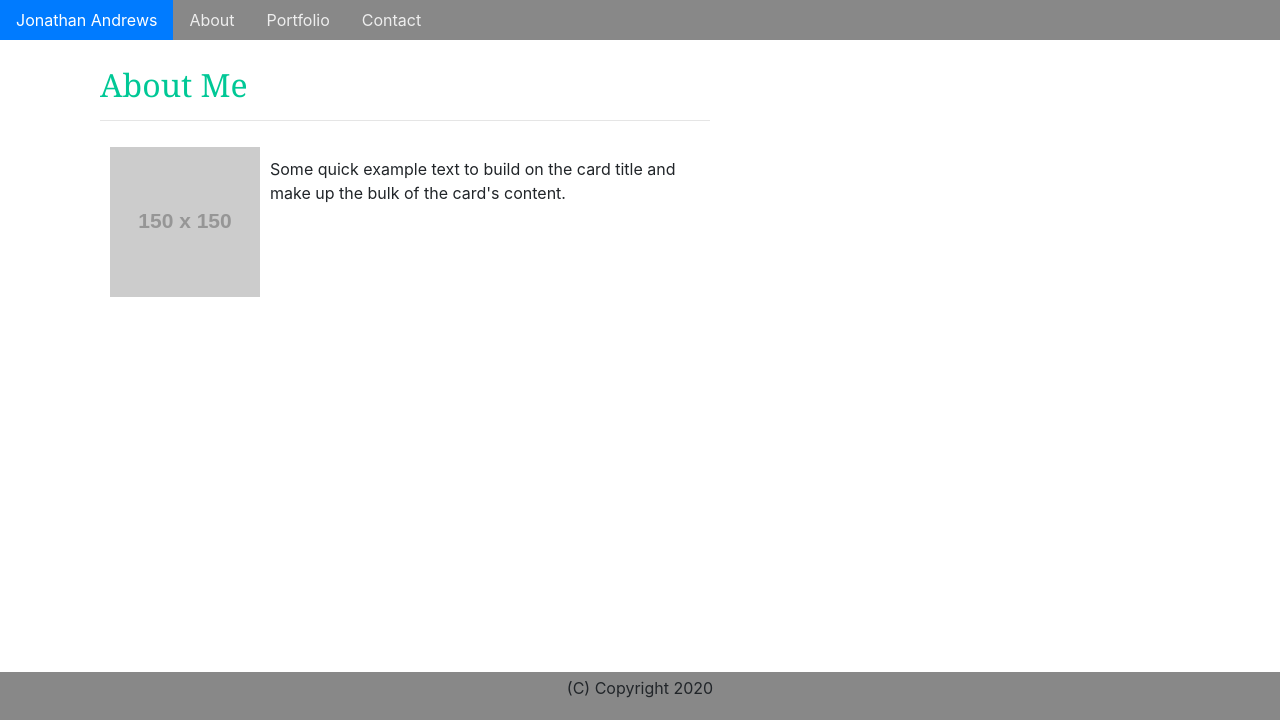
Repository: ionathas78/ionathas78.github.io
Page: index.html
The author's editor kept a copy of each file at every save. The page is drawn from the files as they stood at one save, then again after the next save.
The browser window is 1280 px wide. The pictures show the whole page.

Above is the page before, as saved 2020-03-14 21:42:52.

### index.html
<!DOCTYPE html>
<html lang="en">
<head>
    <meta charset="UTF-8">
    <meta name="viewport" content="width=device-width, initial-scale=1.0">
    <title>Jonathan Andrews</title>

    <link rel="stylesheet" href="https://stackpath.bootstrapcdn.com/bootstrap/4.4.1/css/bootstrap.min.css" integrity="sha384-Vkoo8x4CGsO3+Hhxv8T/Q5PaXtkKtu6ug5TOeNV6gBiFeWPGFN9MuhOf23Q9Ifjh" crossorigin="anonymous">
</head>
<body style="background-color◊: #ccc">
    <header>
        <ul class="nav" style="background-color: #888">
            <li class="nav-item bg-primary">
              <a class="nav-link active" href="#" style="color: white;">Jonathan Andrews</a>
            </li>
            <li class="nav-item">
              <a class="nav-link active" href="index.html" style="color: #eee;">About</a>
            </li>
            <li class="nav-item">
              <a class="nav-link" href="portfolio.html" style="color: #eee;">Portfolio</a>
            </li>
            <li class="nav-item">
                <a class="nav-link" href="contact.html" style="color: #eee;">Contact</a>
            </li>
        </ul>
    </header>

    <div class="container">
        <div class="row">
            <div class="col-lg-4">
                <div class="container clearfix" style="width: 50vw; max width: 900px; background-color: white; margin-top: 2vw;">
                    <h2 style="color: rgb(0, 200, 150); font-family: Georgia, 'Times New Roman', Times, serif; font-weight: 300%;">About Me</h2>
                    <hr>
                    <img src="https://via.placeholder.com/150" class="float-left" alt="My Index Pic" style="margin: 10px 10px;">
                        <div class="card-body">
                      <p>Some quick example text to build on the card title and make up the bulk of the card's content.</p>
                    </div>
                  </div>
            </div>
        </div>
    </div>

    <footer style="position: fixed; bottom: 0; background-color: #888; width: 100%;">
        <p style="line-height: 200%; text-align: center;">
            (C) Copyright 2020
        </p>
    </footer>
    <!-- JS Scripts -->

    <script src="https://code.jquery.com/jquery-3.4.1.slim.min.js" integrity="sha384-J6qa4849blE2+poT4WnyKhv5vZF5SrPo0iEjwBvKU7imGFAV0wwj1yYfoRSJoZ+n" crossorigin="anonymous"></script>
    <script src="https://cdn.jsdelivr.net/npm/popper.js@1.16.0/dist/umd/popper.min.js" integrity="sha384-Q6E9RHvbIyZFJoft+2mJbHaEWldlvI9IOYy5n3zV9zzTtmI3UksdQRVvoxMfooAo" crossorigin="anonymous"></script>
    <script src="https://stackpath.bootstrapcdn.com/bootstrap/4.4.1/js/bootstrap.min.js" integrity="sha384-wfSDF2E50Y2D1uUdj0O3uMBJnjuUD4Ih7YwaYd1iqfktj0Uod8GCExl3Og8ifwB6" crossorigin="anonymous"></script>
</body>
</html>

After the next save:
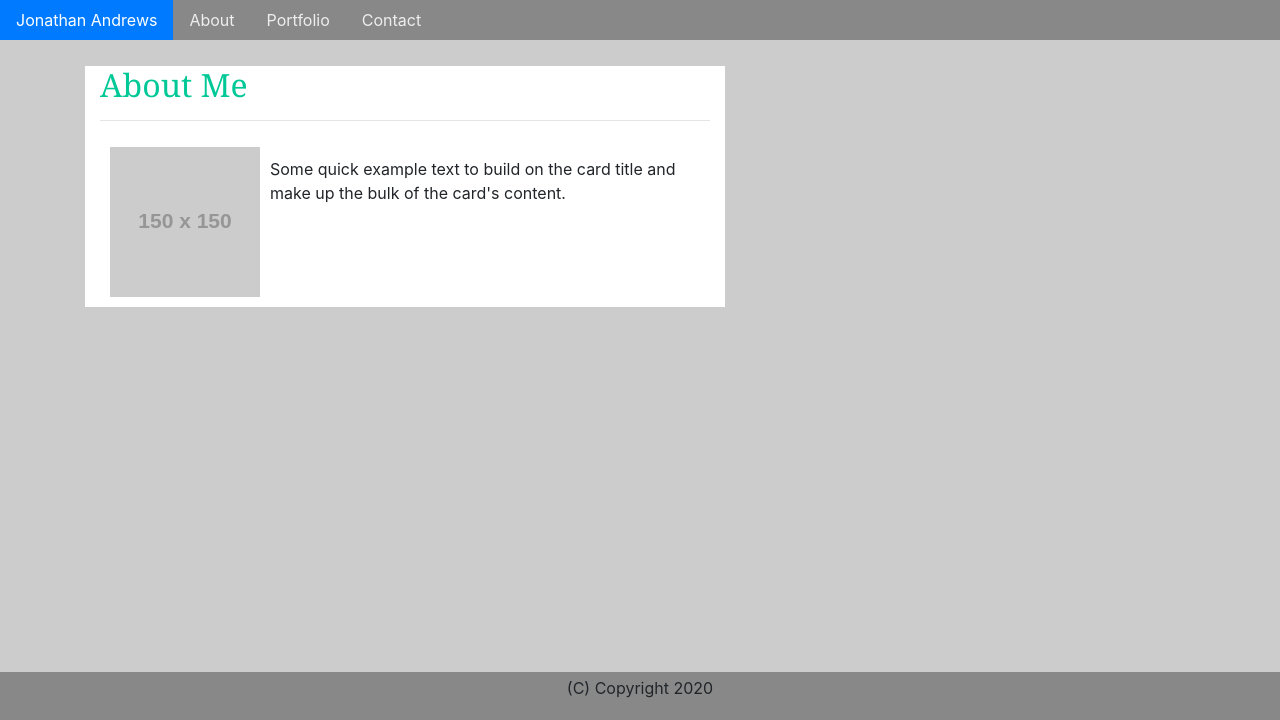
Saved 23 h 11 min later.
--- a/index.html
+++ b/index.html
@@ -7,7 +7,7 @@
 
     <link rel="stylesheet" href="https://stackpath.bootstrapcdn.com/bootstrap/4.4.1/css/bootstrap.min.css" integrity="sha384-Vkoo8x4CGsO3+Hhxv8T/Q5PaXtkKtu6ug5TOeNV6gBiFeWPGFN9MuhOf23Q9Ifjh" crossorigin="anonymous">
 </head>
-<body style="background-color◊: #ccc">
+<body style="background-color: #ccc">
     <header>
         <ul class="nav" style="background-color: #888">
             <li class="nav-item bg-primary">
